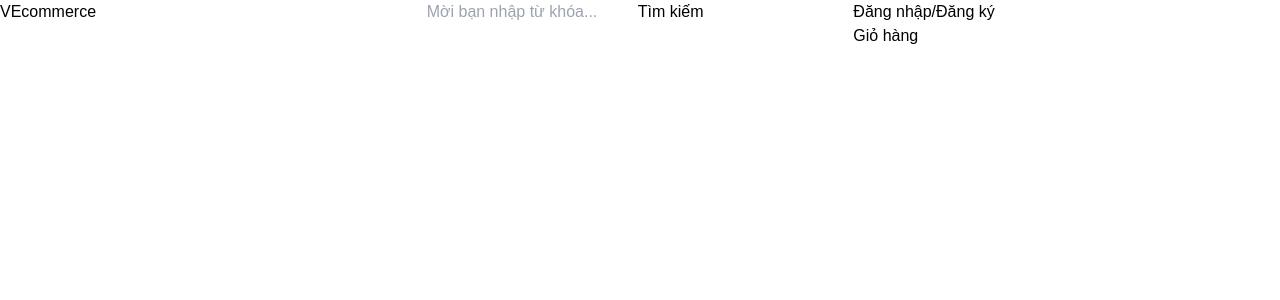
Repository: thienthanhvinh/VEcommerce
Page: public/home.html
An editor plug-in stored every save of this project. The page is shown before and after a run of saves, followed by the edit.
The browser window is 1280 px wide. The pictures show the whole page.

Above is the page before, as saved 2022-11-18 12:44:50.

After the next 3 saves:
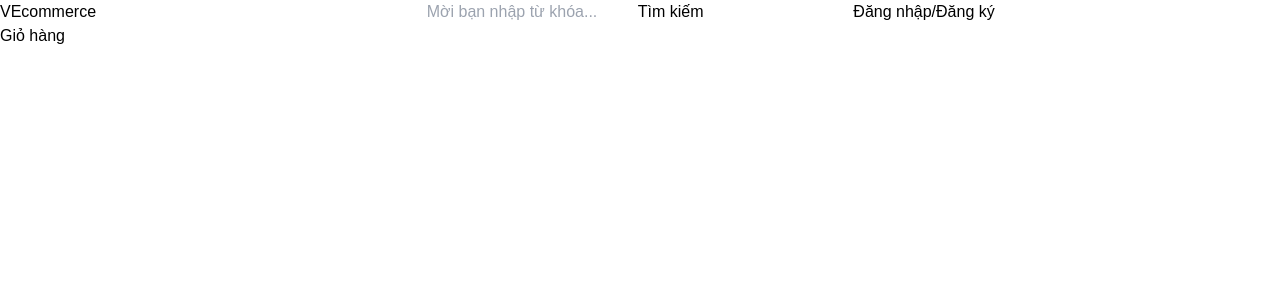
The 3 saves are shown as one change because they came seconds apart.
The last was saved 18 s later.
--- a/public/home.html
+++ b/public/home.html
@@ -19,21 +19,23 @@
         <h3>VEcommerce</h3>
       </div>
       <div>
-        <input type="search" id="" name="" placeholder="Mời bạn nhập từ khóa...">
+        <input
+          type="search"
+          id=""
+          name=""
+          placeholder="Mời bạn nhập từ khóa..."
+        />
         <a href="">Tìm kiếm</a>
-    </div>
+      </div>
+
       <div>
-        <div>
-            <ion-icon name="person-outline"></ion-icon>
-            <p>Đăng nhập/Đăng ký</p>
-        </div>
+        <ion-icon name="person-outline"></ion-icon>
+        <p>Đăng nhập/Đăng ký</p>
+      </div>
 
-
-        <div>
-            <ion-icon name="cart-outline"></ion-icon>
-            <p>Giỏ hàng</p>
-        </div>
-
+      <div>
+        <ion-icon name="cart-outline"></ion-icon>
+        <p>Giỏ hàng</p>
       </div>
     </div>
   </body>
